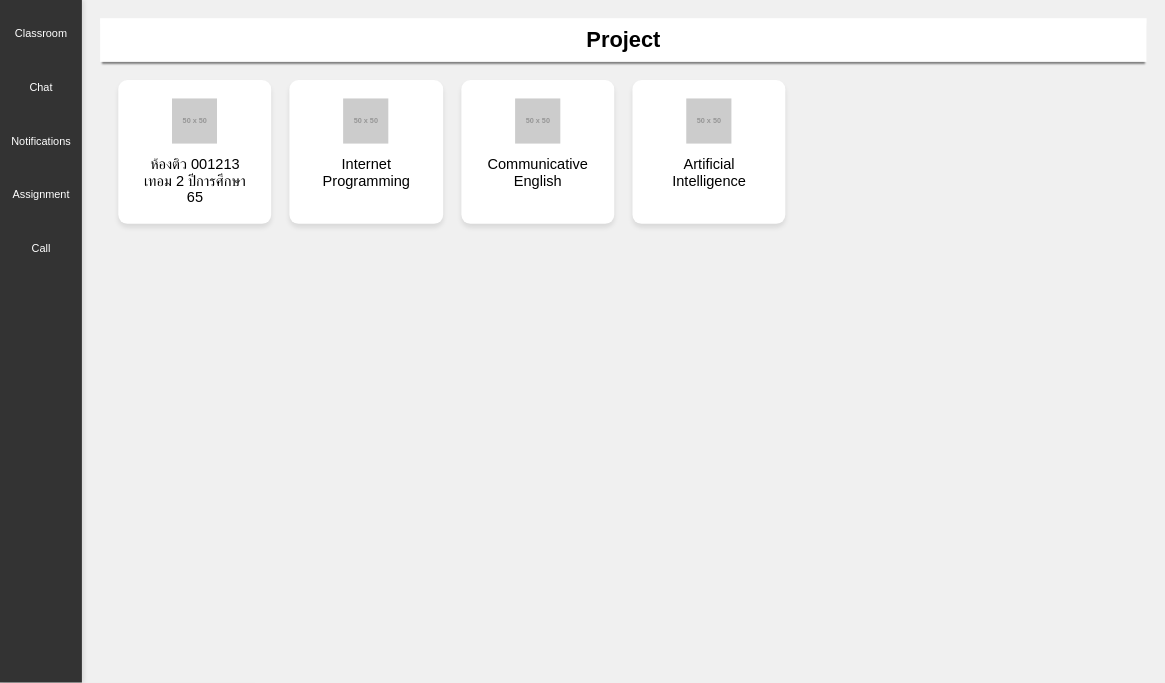
Repository: praifas16/ProPro
Page: docs/studenthead.html
The author's editor kept a copy of each file at every save. The page is drawn from the files as they stood at one save, then again after the next save.
The browser window is 1280 px wide. The pictures show the whole page, at 91% of full size.

Above is the page before, as saved 2024-08-21 19:55:33.

After the next save:
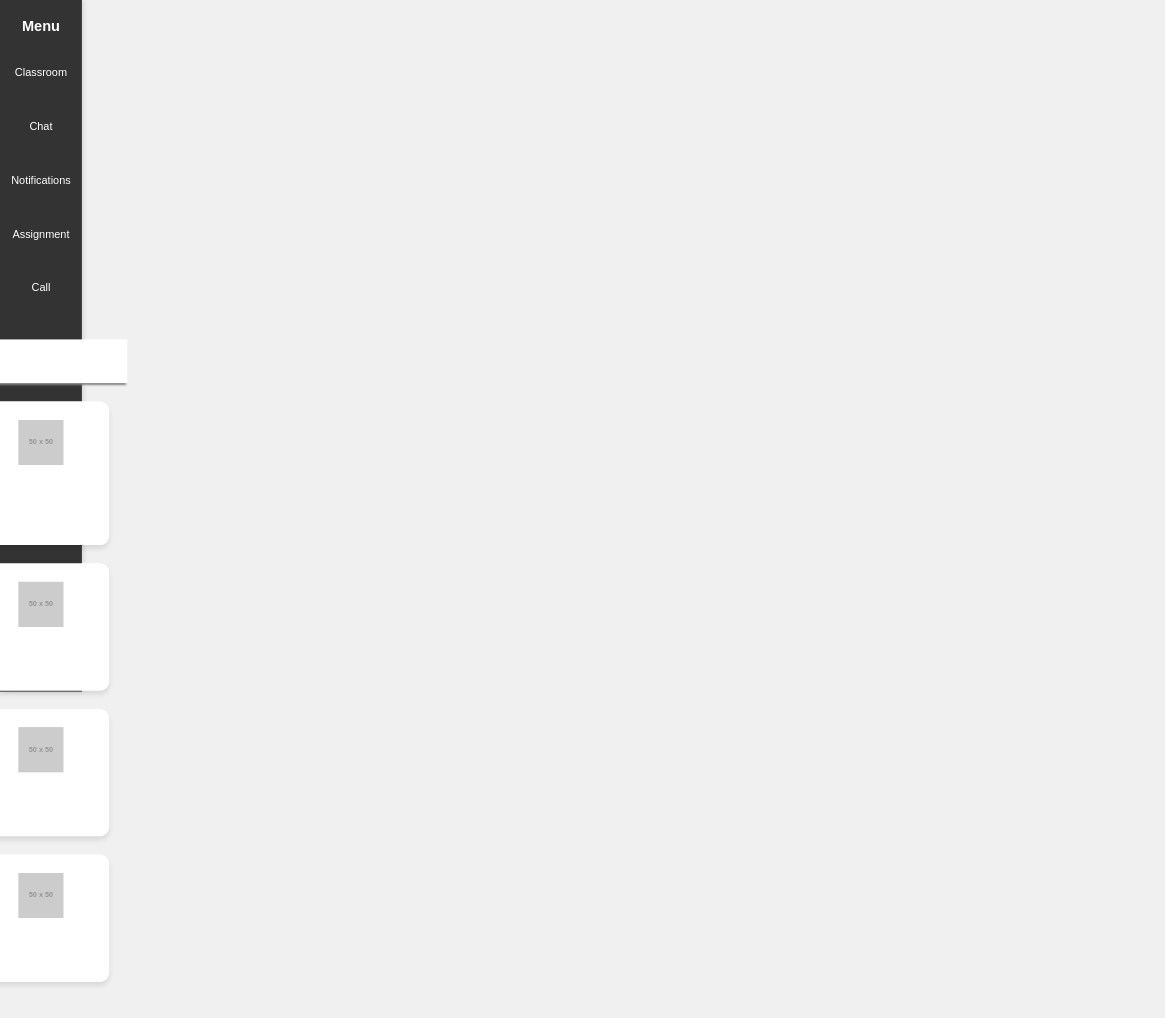
Saved 3 min 8 s later.
--- a/docs/studenthead.html
+++ b/docs/studenthead.html
@@ -19,11 +19,18 @@
             background-color: #333;
             color: white;
             height: 100vh;
-            padding: 15px 10px;
+            padding: 20px 10px;
             box-shadow: 2px 0 5px rgba(0, 0, 0, 0.1);
             display: flex;
             flex-direction: column;
             align-items: center;
+            justify-content: space-between;
+        }
+
+        .menu-header {
+            margin-bottom: 20px;
+            font-size: 16px;
+            font-weight: bold;
         }
 
         .sidebar a {
@@ -103,6 +110,8 @@
 <body>
     <!-- เมนูแถบข้าง -->
     <div class="sidebar">
+        <div class="menu-header">Menu</div>
+        <div>
         <a href="#"><i class="fa fa-home"></i><span>Classroom</span></a>
         <a href="#"><i class="fa fa-users"></i><span>Chat</span></a>
         <a href="#"><i class="fa fa-notificat"></i><span>Notifications</span></a>
